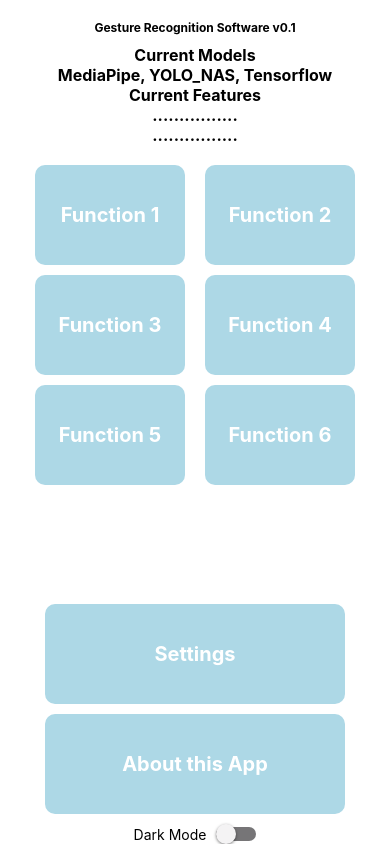
Repository: hajin-park/V-QUIP
Page: / (app in frontend/react-native-app/)
The author's editor kept a copy of each file at every save. The page is drawn from the files as they stood at one save, then again after the next save.
The browser window is 390 px wide. The pictures show the whole page.
The app was drawn by React Native's web renderer in a window 390 px wide. The project was rebuilt for these pictures with package versions that can differ from the ones it lists, and the page was loaded fresh each time.

Above is the page before, as saved 2024-04-08 00:05:39.

### frontend/react-native-app/App.js
import React, { useState } from 'react';
import { StatusBar } from 'expo-status-bar';
import { StyleSheet, Text, View, TouchableOpacity, Switch } from 'react-native';

export default function App() {
  const [darkMode, setDarkMode] = useState(false);

  const handleOptionClick = (option) => {
    // Handle click event for the selected option
    console.log(`Function ${option} clicked`);
  };

  return (
    <View style={[styles.container, darkMode && styles.darkContainer]}>
      <Text style={[styles.title, darkMode && styles.darkText]}>Gesture Recognition Software v0.1</Text>
      <View style={styles.infoBox}>
        <Text style={[styles.infoText, darkMode && styles.darkText]}>Current Models</Text>
        <Text style={[styles.infoText, darkMode && styles.darkText]}>MediaPipe, YOLO_NAS, Tensorflow</Text>
        <Text style={[styles.infoText, darkMode && styles.darkText]}>Current Features</Text>
        <Text style={[styles.infoText, darkMode && styles.darkText]}>................</Text>
        <Text style={[styles.infoText, darkMode && styles.darkText]}>................</Text>
      </View>
      <View style={styles.content}>
        <View style={styles.row}>
          <TouchableOpacity style={[styles.box, darkMode && styles.darkBox]} onPress={() => handleOptionClick(1)}>
            <Text style={[styles.text, darkMode && styles.darkText]}>Function 1</Text>
          </TouchableOpacity>
          <TouchableOpacity style={[styles.box, darkMode && styles.darkBox]} onPress={() => handleOptionClick(2)}>
            <Text style={[styles.text, darkMode && styles.darkText]}>Function 2</Text>
          </TouchableOpacity>
        </View>
        <View style={styles.row}>
          <TouchableOpacity style={[styles.box, darkMode && styles.darkBox]} onPress={() => handleOptionClick(3)}>
            <Text style={[styles.text, darkMode && styles.darkText]}>Function 3</Text>
          </TouchableOpacity>
          <TouchableOpacity style={[styles.box, darkMode && styles.darkBox]} onPress={() => handleOptionClick(4)}>
            <Text style={[styles.text, darkMode && styles.darkText]}>Function 4</Text>
          </TouchableOpacity>
        </View>
        <View style={styles.row}>
          <TouchableOpacity style={[styles.box, darkMode && styles.darkBox]} onPress={() => handleOptionClick(5)}>
            <Text style={[styles.text, darkMode && styles.darkText]}>Function 5</Text>
          </TouchableOpacity>
          <TouchableOpacity style={[styles.box, darkMode && styles.darkBox]} onPress={() => handleOptionClick(6)}>
            <Text style={[styles.text, darkMode && styles.darkText]}>Function 6</Text>
          </TouchableOpacity>
        </View>
      </View>
      {/* Settings and About This App boxes */}
      <View style={styles.row}>
          <TouchableOpacity style={[styles.box2, darkMode && styles.darkBox]} onPress={() => handleOptionClick(5)}>
            <Text style={[styles.text, darkMode && styles.darkText]}>Settings</Text>
          </TouchableOpacity>
      </View>
      <View style={styles.row}>
          <TouchableOpacity style={[styles.box2, darkMode && styles.darkBox]} onPress={() => handleOptionClick(6)}>
            <Text style={[styles.text, darkMode && styles.darkText]}>About this App</Text>
          </TouchableOpacity>
        </View>
      <View style={styles.darkModeSwitchContainer}>
        <Text style={[styles.darkModeText, darkMode && styles.darkText]}>Dark Mode</Text>
        <Switch
          trackColor={{ false: "#767577", true: "#81b0ff" }}
          thumbColor={darkMode ? "#f5dd4b" : "#f4f3f4"}
          ios_backgroundColor="#3e3e3e"
          onValueChange={() => setDarkMode(!darkMode)}
          value={darkMode}
        />
      </View>
      <StatusBar style="auto" />
    </View>
  );
}

const styles = StyleSheet.create({
  container: {
    flex: 1,
    backgroundColor: '#fff',
    paddingHorizontal: 10,
    paddingTop: 20,
  },
  darkContainer: {
    backgroundColor: '#121212',
  },
  title: {
    fontSize: 12,
    fontWeight: 'bold',
    marginBottom: 10,
    textAlign: 'center',
  },
  darkText: {
    color: '#ffffff',
  },
  infoBox: {
    alignItems: 'center',
    marginBottom: 20,
  },
  infoText: {
    fontSize: 16,
    fontWeight: 'bold',
    color: '#000000',
  },
  content: {
    flex: 1,
    alignItems: 'center',
  },
  row: {
    flexDirection: 'row',
    justifyContent: 'center',
    marginBottom: 10,
  },
  box: {
    width: 150,
    height: 100,
    backgroundColor: '#ADD8E6', // Light blue color
    borderRadius: 10, // Rounded edges
    alignItems: 'center',
    justifyContent: 'center',
    marginHorizontal: 10,
  },
  box2: {
    width: 300,
    height: 100,
    backgroundColor: '#ADD8E6', // Light blue color
    borderRadius: 10, // Rounded edges
    alignItems: 'center',
    justifyContent: 'center',
    marginHorizontal: 10,
  },
  text: {
    fontSize: 20,
    fontWeight: 'bold',
    color: '#FFFFFF', // White text color
  },
  darkBox: {
    backgroundColor: '#2d2d2d', // Dark gray color
  },
  horizontalContainer: {
    flexDirection: 'row',
    justifyContent: 'space-between',
    marginBottom: 10,
  },
  horizontalBox: {
    width: '70%',
    height: 80,
    backgroundColor: '#ADD8E6', // Light blue color
    borderRadius: 10, // Rounded edges
    alignItems: 'center',
    justifyContent: 'center',
  },
  darkModeSwitchContainer: {
    flexDirection: 'row',
    alignItems: 'center',
    justifyContent: 'center',
  },
  darkModeText: {
    marginRight: 10,
    color: '#000000',
  },
});

After the next save:
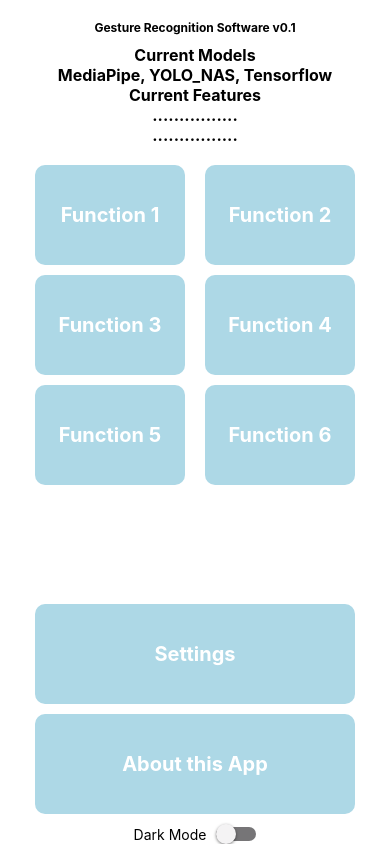
Saved 6 s later.
--- a/frontend/react-native-app/App.js
+++ b/frontend/react-native-app/App.js
@@ -119,7 +119,7 @@ const styles = StyleSheet.create({
     marginHorizontal: 10,
   },
   box2: {
-    width: 300,
+    width: 320,
     height: 100,
     backgroundColor: '#ADD8E6', // Light blue color
     borderRadius: 10, // Rounded edges
